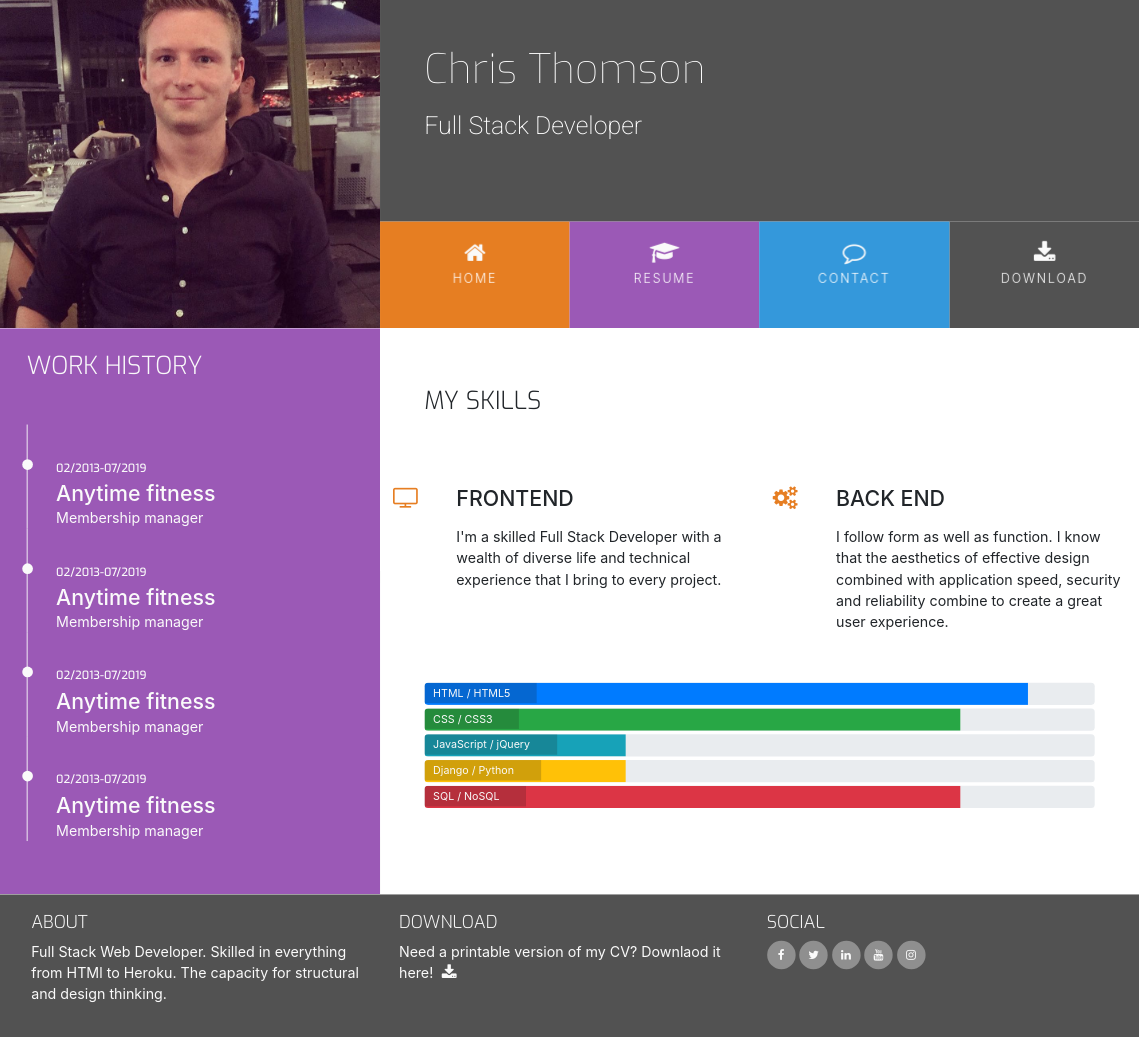
Repository: cthoms1993/Resume
Page: resume.html
The author's editor kept a record of every edit. The page is drawn from the files as they stood at one moment, then again after the next edit.
The browser window is 1280 px wide. The pictures show the whole page, at 89% of full size.

Above is the page before.

After the next edit:
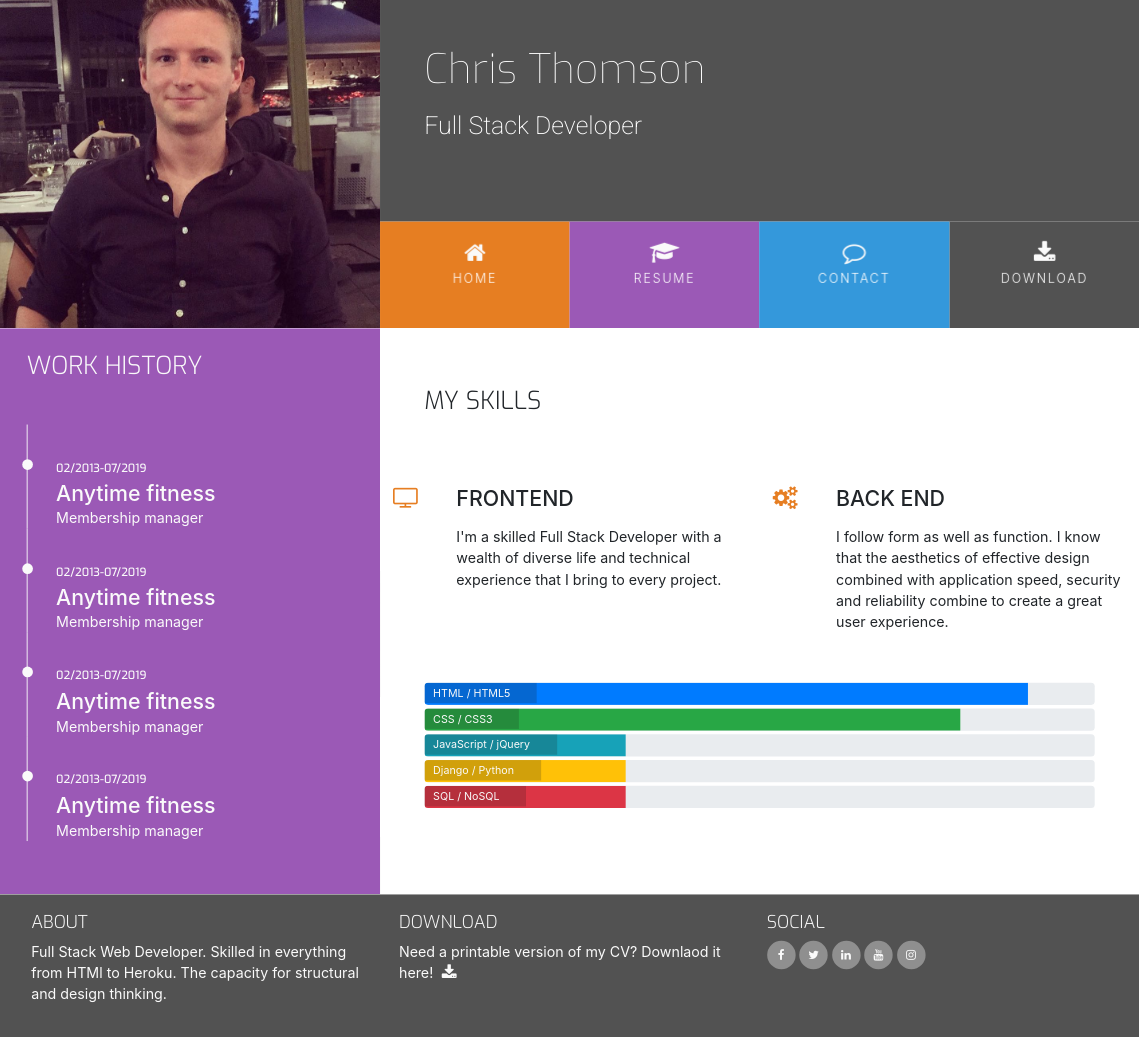
The edit:
--- a/resume.html
+++ b/resume.html
@@ -133,8 +133,8 @@
                             <span class="progress-type">Django / Python</span>
                         </div>
                         <div class="progress">
-                            <div class="progress-bar bg-danger" role="progressbar" aria-valuenow="80" aria-valuemin="0" aria-valuemax="100" style="width:80%;">
-                                <span class="sr-only">80% complete</span>
+                            <div class="progress-bar bg-danger" role="progressbar" aria-valuenow="80" aria-valuemin="0" aria-valuemax="100" style="width:30%;">
+                                <span class="sr-only">30% complete</span>
                             </div>
                             <span class="progress-type">SQL / NoSQL</span>
                         </div>
